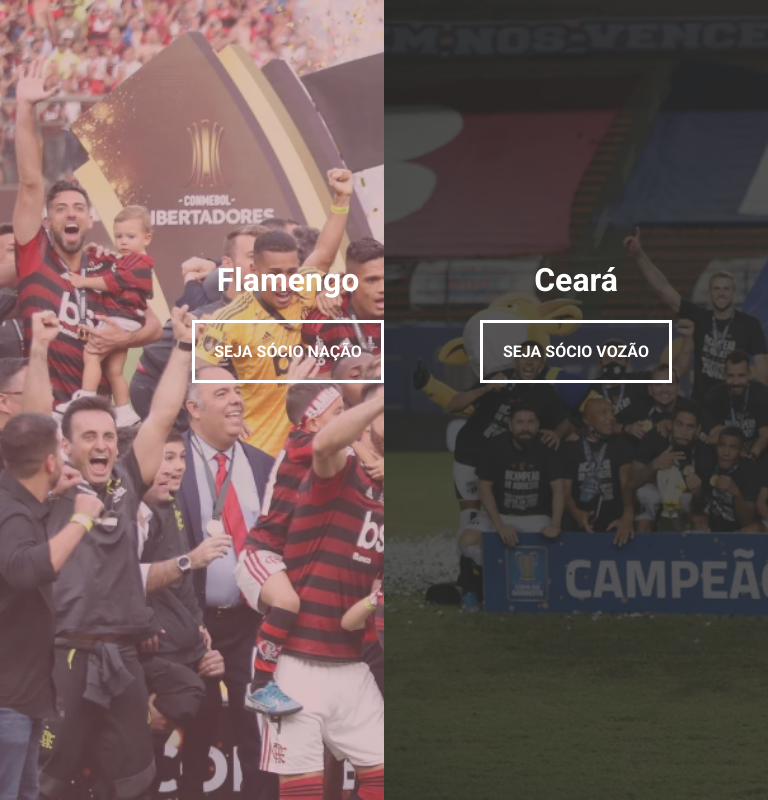
Repository: Williamlmachado/Divis-o-de-P-gina
Page: index.html
These files come from the project's save history. The page is drawn as it stood at one moment and after the next save; the edit follows.
The browser window is 768 px wide. The pictures show the whole page.

Above is the page before, as saved 2021-08-17 10:35:35.

After the next save:
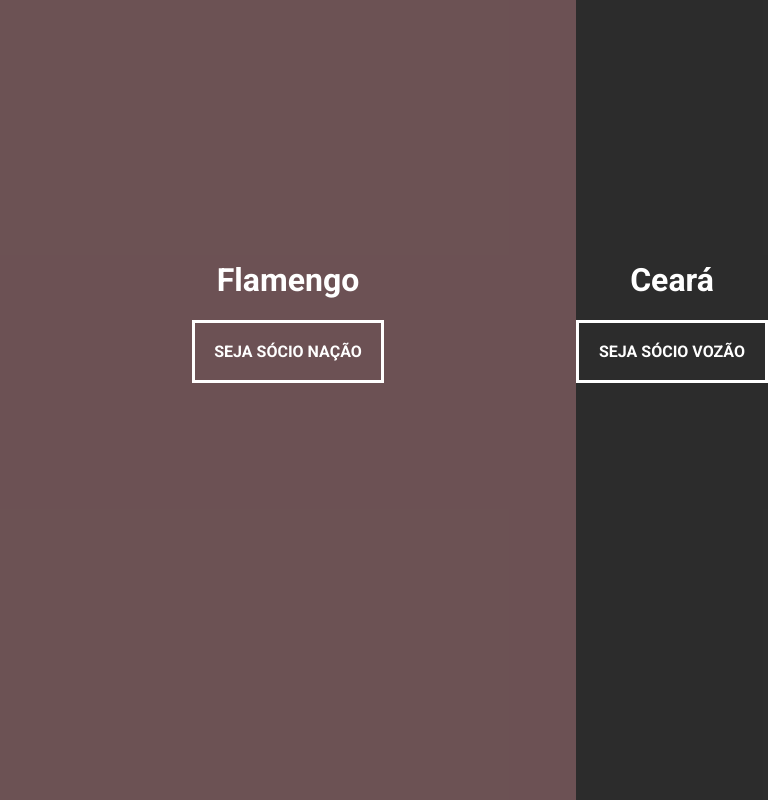
Not found: ps.jpg
Not found: xbox.jpg
Saved 5 min 4 s later.
--- a/style.css
+++ b/style.css
@@ -11,25 +11,27 @@
 }
 
 * {
-  box-sizing: border-box;
-}
+    box-sizing: border-box;
+  }
 
-body {
-  font-family: 'Roboto', sans-serif;
-  height: 100vh;
-  overflow: hidden;
-  margin: 0;
-}
-h1{
- font-size: 4rem;
- color: #fff;
- position: absolute;
- left: 50%;
- top:20%;
- transform: translateX(-50%);
- white-space: nowrap;
-}
-.btn {
+  body {
+    font-family: 'Roboto', sans-serif;
+    height: 100vh;
+    overflow: hidden;
+    margin: 0;
+  }
+
+  h1 {
+    font-size: 4rem;
+    color: #fff;
+    position: absolute;
+    left: 50%;
+    top: 20%;
+    transform: translateX(-50%);
+    white-space: nowrap;
+  }
+
+  .btn {
     position: absolute;
     display: flex;
     align-items: center;
@@ -46,15 +48,18 @@
     width: 15rem;
     padding: 1.5rem;
   }
-.split.left .btn:hover{
+
+  .split.left .btn:hover {
     background-color: var(--left-btn-hover-color);
     border-color: var(--left-btn-hover-color);
-}
-.split.right .btn:hover{
+  }
+
+  .split.right .btn:hover {
     background-color: var(--right-btn-hover-color);
     border-color: var(--right-btn-hover-color);
-}
-.container {
+  }
+
+  .container {
     position: relative;
     width: 100%;
     height: 100%;
@@ -67,59 +72,68 @@
     height: 100%;
     overflow: hidden;
   }
-.split.left{
-    left:0;
-    background: url('flamengo-v-river-plate-copa-conmebol-libertadores-2019-5dd9bc78727cd99309000001.webp');
+
+  .split.left {
+    left: 0;
+    background: url('ps.jpg');
     background-repeat: no-repeat;
     background-size: cover;
+  }
 
-}
-.split.left::before{
+  .split.left::before {
     content: '';
     position: absolute;
     width: 100%;
     height: 100%;
     background-color: var(--left-bg-color);
-}
-.split.right{
+  }
+
+  .split.right {
     right: 0;
-    background: url('img-9633.webp');
+    background: url('xbox.jpg');
     background-repeat: no-repeat;
     background-size: cover;
-}
-.split.right::before{
+  }
+
+  .split.right::before {
     content: '';
     position: absolute;
     width: 100%;
     height: 100%;
     background-color: var(--right-bg-color);
-}
-.split.right,
-.split.left,
-.split.right::before,
-.split.left::before {
-  transition: all var(--speed) ease-in-out;
-}
-.hover-left .left{
+  }
+
+  .split.right,
+  .split.left,
+  .split.right::before,
+  .split.left::before {
+    transition: all var(--speed) ease-in-out;
+  }
+
+  .hover-left .left {
     width: var(--hover-width);
-}
-.hover-left .rigth{
+  }
+
+  .hover-left .right {
     width: var(--other-width);
-}
-.hover-right .left{
+  }
+
+  .hover-right .right {
     width: var(--hover-width);
-}
-.hover-rght .left{
+  }
+
+  .hover-right .left {
     width: var(--other-width);
-}
-@media(max-width: 800px){
-    h1{
-        font-size: 2rem;
-        top:30%;
+  }
+
+  @media (max-width: 800px) {
+    h1 {
+      font-size: 2rem;
+      top: 30%;
     }
-    .btn{
-        padding:1.2rem;
-        width: 12rem;
 
+    .btn {
+      padding: 1.2rem;
+      width: 12rem;
     }
-}
+  }
